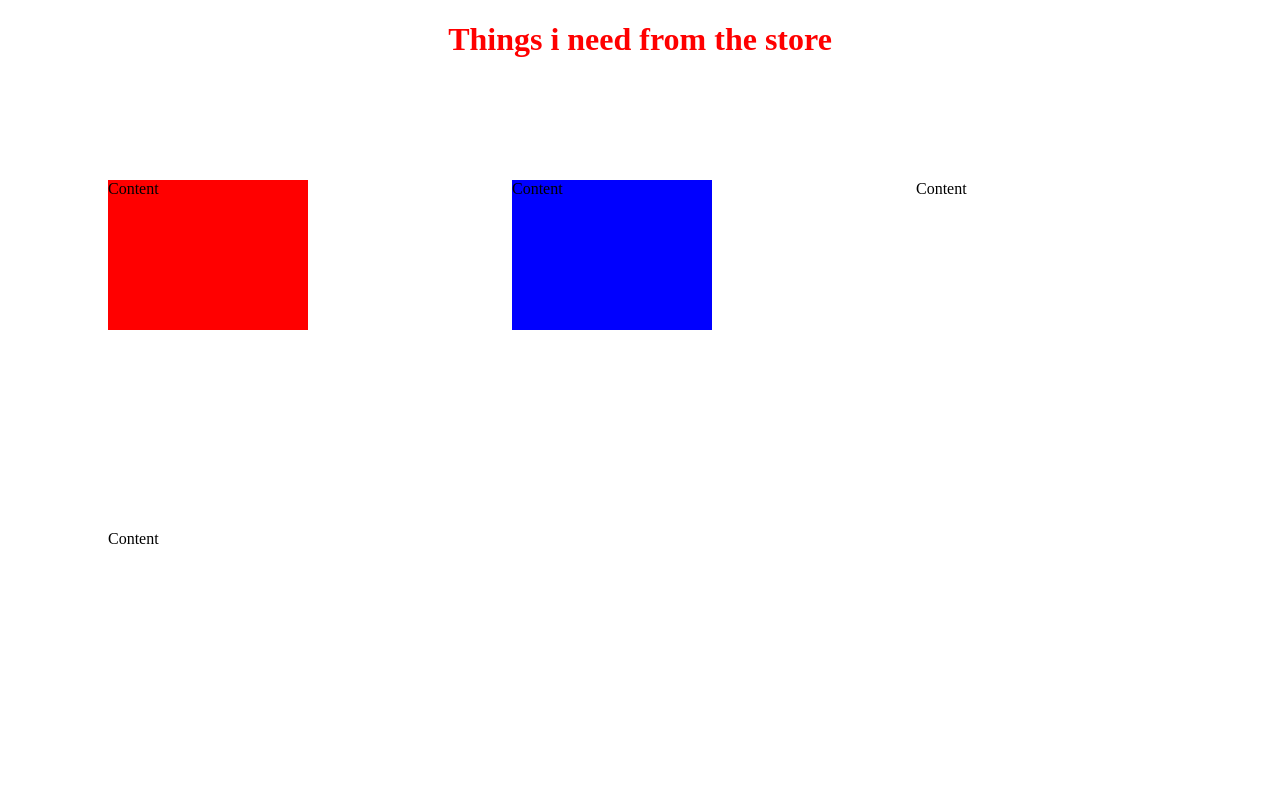
Repository: TheTroyPhillips/Block14
Page: Coursework/Block06/index.html
An editor plug-in stored every save of this project. The page is shown before and after a run of saves, followed by the edit.
The browser window is 1280 px wide. The pictures show the whole page.

Above is the page before, as saved 2023-08-29 17:21:24.

### Coursework/Block06/index.html
<!DOCTYPE html>
<html lang="en">
<head>
    <meta charset="UTF-8">
    <meta name="viewport" content="width=device-width, initial-scale=1.0">
    <title>Troy's Grocery List</title>
    <link rel="stylesheet" href="styles.css">
</head>
<body>
    <h1> Things i need from the store</h1>
    <div class="Box Red"> Content </div>
    <div class="Box Blue"> Content </div>
    <div class="Box Green"> Content </div>
    <div class="Box Yellow"> Content </div>




</body>
</html>

### Coursework/Block06/styles.css
h1 {
    color: red;
    text-align: center;
}
.Box{
    width: 200px;
    height:150px;
    color: black;
    display: inline-block;
    margin-right: 200px;
    margin: 100px;
}
.Red{
    background-color: red;
}
.Blue{
    background-color: blue;
}
.Green{
    background-color: ;
}

After the next 4 saves:
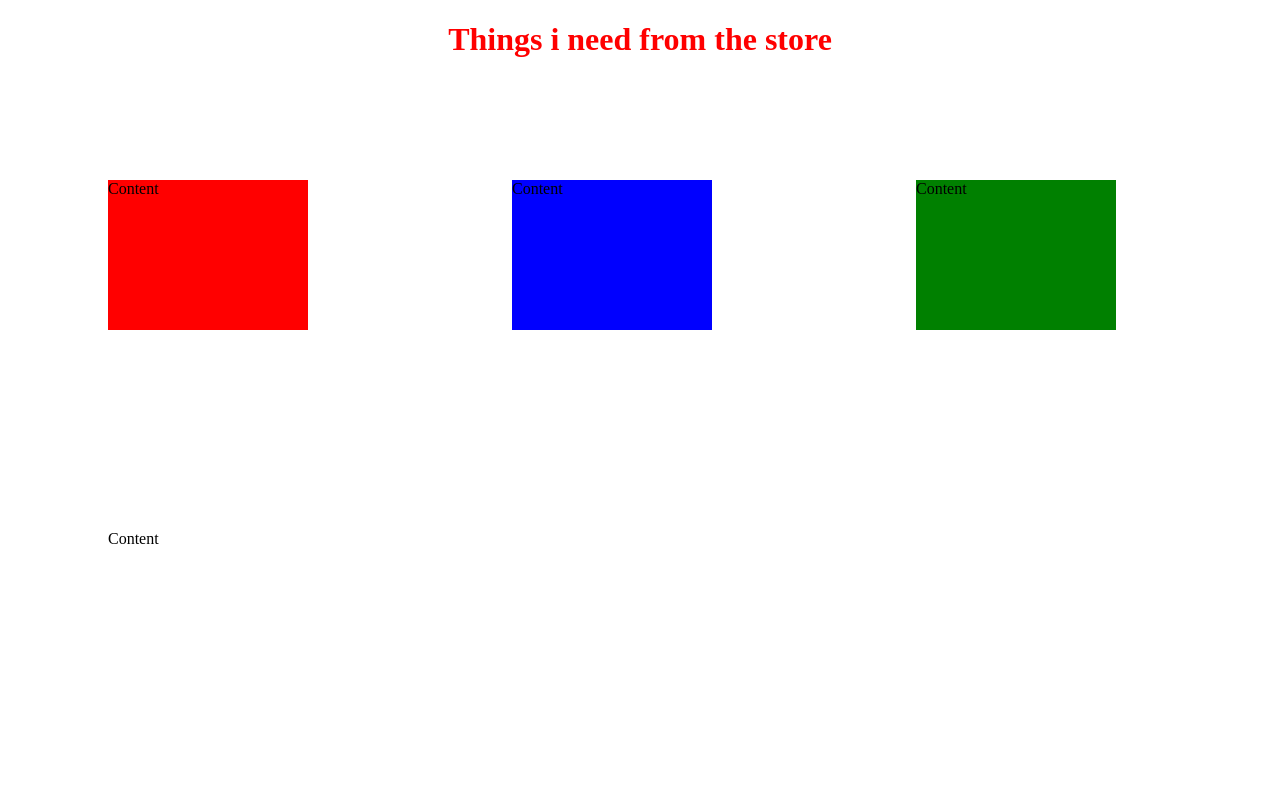
The 4 saves are shown as one change because they came seconds apart.
The last was saved 11 s later.
--- a/Coursework/Block06/styles.css
+++ b/Coursework/Block06/styles.css
@@ -17,5 +17,6 @@ h1 {
     background-color: blue;
 }
 .Green{
-    background-color: ;
+    background-color: green;
 }
+.Yellow{}
